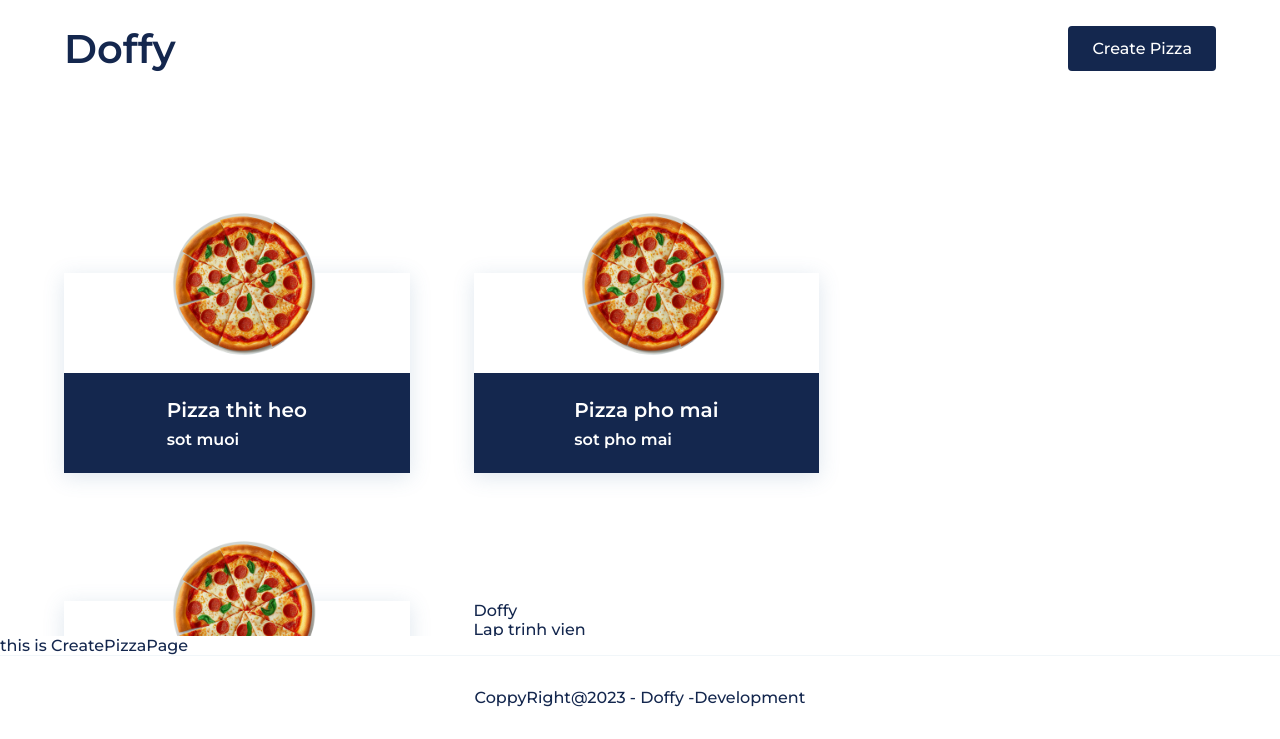
Repository: 16-Doffy/Pizza-Store
Page: /
These files come from the project's save history. The page is drawn as it stood at one moment and after the next save; the edit follows.
The browser window is 1280 px wide. The pictures show the whole page.
An inner scrolling area shows only its first screen. The project was rebuilt for these pictures with package versions that can differ from the ones it lists, and the page was loaded fresh each time. Also part of the build but not shown: webpack.config.js.

Above is the page before, as saved 2025-02-06 22:48:18.

### src/App.tsx
import React from "react";
import "./index.css";
import Header from "./layout/Header";
import Footer from "./layout/Footer";
import CreatePizzaPage from "./pages/CreatePizzaPage";
import HomePage from "./pages/HomePage";

function App() {

  return (
    <div className="App">
    <Header />
    <HomePage />
    <CreatePizzaPage />
    <Footer />

    </div>
  );
}

export default App;

### src/index.css
@import url("https://fonts.googleapis.com/css2?family=Montserrat:ital,wght@0,300;0,500;0,600;1,300;1,500;1,600&display=swap");

html {
  font-family: "Montserrat", sans-serif;
}

body {
  padding: 0;
  margin: 0;
  box-sizing: border-box;
}

div {
  color: #14274e;
}

.flex-basic-between {
  display: flex;
  justify-content: space-between;
  align-items: center;
}

/* Button */
.btn-main {
  cursor: pointer;
  background: #14274e;
  color: #fff;
  padding: 0.8rem 1.5rem;
  border-radius: 4px;
}

.btn-main:hover {
  background: #394867;
}
/* Button */

.wrapper-card-items {
  display: flex;
  column-gap: 4rem;
  flex-wrap: wrap;
  row-gap: 8rem;
  padding-top: 7rem;
}

.card-items {
  width: 30%;
  height: 200px;
  box-shadow: 0px 4px 20px 0px rgba(72, 119, 159, 0.18);
  position: relative;
  cursor: pointer;
}

.card-image-pizza {
  width: 200px;
  position: absolute;
  top: -90px;
  left: 22.5%;
}

.card-content {
  display: flex;
  align-items: center;
  justify-content: center;
  height: 50%;
  background: #14274e;
}

/* Text field */
.text-field {
  padding: 0.8rem 1rem;
  background: #f5f5f5;
  border: none;
  outline: none;
  color: #14274e;
  border-radius: 4px;
}

input {
  font-family: "Montserrat", sans-serif;
}
/* Text field */

/* Loading Spinner */
.lds-ring {
  display: inline-block;
  position: relative;
  width: 80px;
  height: 80px;
}
.lds-ring div {
  box-sizing: border-box;
  display: block;
  position: absolute;
  width: 64px;
  height: 64px;
  margin: 8px;
  border: 8px solid #14274e;
  border-radius: 50%;
  animation: lds-ring 1.2s cubic-bezier(0.5, 0, 0.5, 1) infinite;
  border-color: #14274e transparent transparent transparent;
}
.lds-ring div:nth-child(1) {
  animation-delay: -0.45s;
}
.lds-ring div:nth-child(2) {
  animation-delay: -0.3s;
}
.lds-ring div:nth-child(3) {
  animation-delay: -0.15s;
}
@keyframes lds-ring {
  0% {
    transform: rotate(0deg);
  }
  100% {
    transform: rotate(360deg);
  }
}
/* Loading Spinner */

### src/layout/Header.tsx
import React from "react";

const Header = () => {
  return (
    <div className="flex-basic-between" style={{ padding: "1.5rem 4rem" }}>
      <div style={{ fontSize: "40px", fontWeight: 600 }}>Doffy</div>
      <div className="btn-main">Create Pizza</div>
    </div>
  );
};

export default Header;

### src/layout/Footer.tsx
import React from 'react';

const Footer = () => {
    return (
        <div
        style={{textAlign:'center', padding:'2rem 0', borderTop:'1px solid #f1f6f9'}}>
            CoppyRight@2023 - Doffy -Development
        </div>
    );
};

export default Footer;

### src/pages/CreatePizzaPage.tsx
import React from 'react';

const CreatePizzaPage = () => {
    return (
        <div>
            this is CreatePizzaPage
        </div>
    );
};

export default CreatePizzaPage;

### src/pages/HomePage.tsx
import React, { useState } from "react";
import CardPizza from "../sections/CardPizza";
import { Pizza } from "../models/Pizza.model";
import ItemPizza from "../sections/ItemPizza";

const HomePage = () => {

    const [pizzas, setPizzas] = useState<Pizza[]>([
      {id: 1, title: 'Pizza thit heo', description:' sot muoi'},
      {id: 2, title: 'Pizza pho mai', description:' sot pho mai'},
      {id: 3, title: 'Pizza hai san', description:' sot hai san'},
    ]);
    const [person, setPerson] = useState<Pizza> ({
        title:'Doffy',
        description:'Lap trinh vien'
    });
  return (
    <div style={{ height: "calc(100vh - 309px)", padding: "4rem 4rem", overflow: "auto" }}>
      <div className="wrapper-card-items">
        {
            pizzas.map(item => <CardPizza id={item.id} title={item.title} description={item.description} />)
        }
           <ItemPizza title={person.title} description={person.description}/>
      </div>
    </div>
  );
};

export default HomePage;

### src/sections/CardPizza.tsx
import React from "react";
type Props = Pizza;
const CardPizza = ({
     title,
      description
     }: Props) => {
  return (
    <div className="card-items">
      <img src="/pizza.png" alt="pizza" className="card-image-pizza " />
      <div style={{ height: "50%", width: "100%" }}></div>
      <div className="card-content">
        <div>
          <div style={{ fontSize: "20px", fontWeight: 600, color: "#fff" }}>
            {title}
          </div>
          <div
            style={{
              fontSize: "16px",
              fontWeight: 600,
              color: "#fff",
              marginTop: "0.5rem",
            }}
          >
            {description}
          </div>
        </div>
      </div>
    </div>
  );
};

export default CardPizza;

### src/sections/ItemPizza.tsx

import React from 'react';
import { Pizza } from '../models/Pizza.model';
type Props = Pizza;
const ItemPizza = (   {
    title,
    description,
   }:Props ) => {
    return (
        <div>
           <div>{title}</div>
           <div>{description}</div>
        </div>
    );
};

export default ItemPizza;

Loaded but not shown: public/index.html (common file); src/index.tsx (common file)

After the next save:
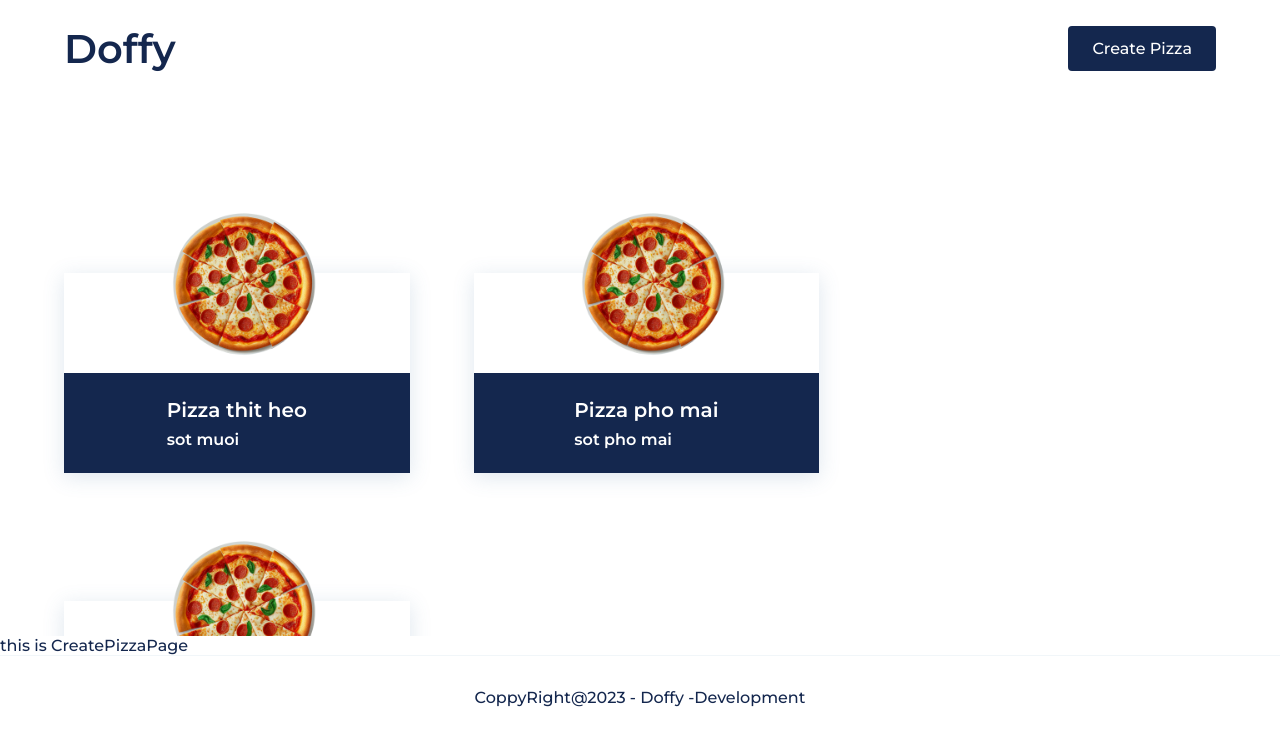
Saved 45 s later.
--- a/src/pages/HomePage.tsx
+++ b/src/pages/HomePage.tsx
@@ -20,8 +20,10 @@ const HomePage = () => {
         {
             pizzas.map(item => <CardPizza id={item.id} title={item.title} description={item.description} />)
         }
-           <ItemPizza title={person.title} description={person.description}/>
+
       </div>
+      <br />
+      <ItemPizza title={person.title} description={person.description}/>
     </div>
   );
 };
